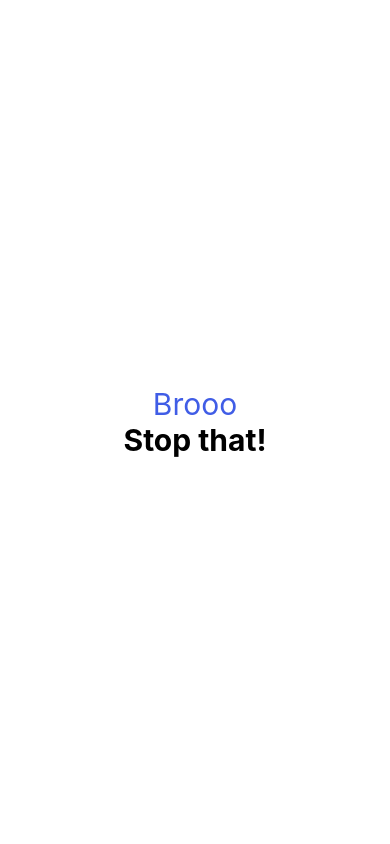
Repository: fshmasterflex/InstaLilly
Screen: /
The author's editor kept a copy of each file at every save. The screen is drawn from the files as they stood at one save, then again after a run of saves.
The app was drawn by React Native's web renderer in a window 390 px wide. The project was rebuilt for these pictures with package versions that can differ from the ones it lists, and the page was loaded fresh each time.

Above is the screen before, as saved 2022-10-31 19:42:53.

### App.tsx
import {View, Text} from 'react-native';
import colors from './src/theme/colors';
import font from './src/theme/fonts';
import AntDesign from 'react-native-vector-icons/AntDesign';

const App = () => {
  return (
    <View style={{flex: 1, alignItems: 'center', justifyContent: 'center'}}>
      <Text style={{color: colors.primary, fontSize: font.size.xxlg}}>
        Brooo
      </Text>
      <Text
        style={{
          color: colors.black,
          fontWeight: font.weight.bold,
          fontSize: font.size.xxlg,
        }}>
        Stop that!
      </Text>
    </View>
  );
};

export default App;

### src/theme/colors.ts
const colors = {
    primary: '#405DE6',
    white: '#fff',
    black: '#000',
    grey: '#666666',
    lightgrey: '#cccccc',
}
export default colors;

### src/theme/fonts.ts
const size = {
    xs: 10,
    s: 12,
    default: 14,
    md: 16,
    lg: 20,
    xlg: 24,
    xxlg: 30,
};
const weight = {
    full: '900',
    semi: '600',
    bold: 'bold',
    normal: 'normal',
    thin: '400',
}
export default {size, weight};

After the next 7 saves:
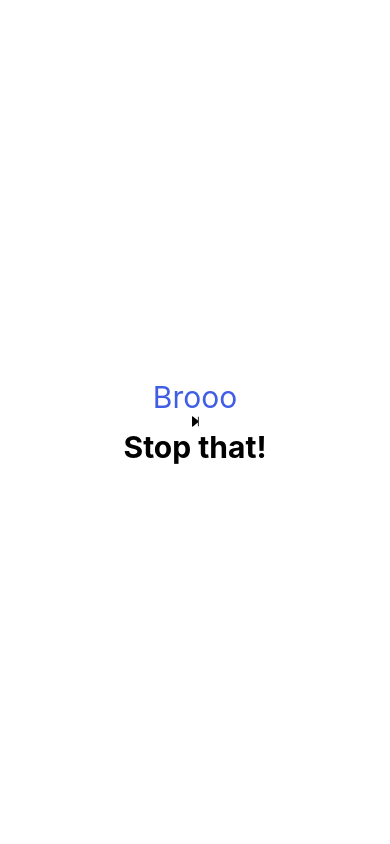
The 7 saves are shown as one change because 1 did not build or start and some came seconds apart.
The last was saved 68 s later.
--- a/App.tsx
+++ b/App.tsx
@@ -9,6 +9,7 @@ const App = () => {
       <Text style={{color: colors.primary, fontSize: font.size.xxlg}}>
         Brooo
       </Text>
+      <AntDesign name="stepforward"/>
       <Text
         style={{
           color: colors.black,
